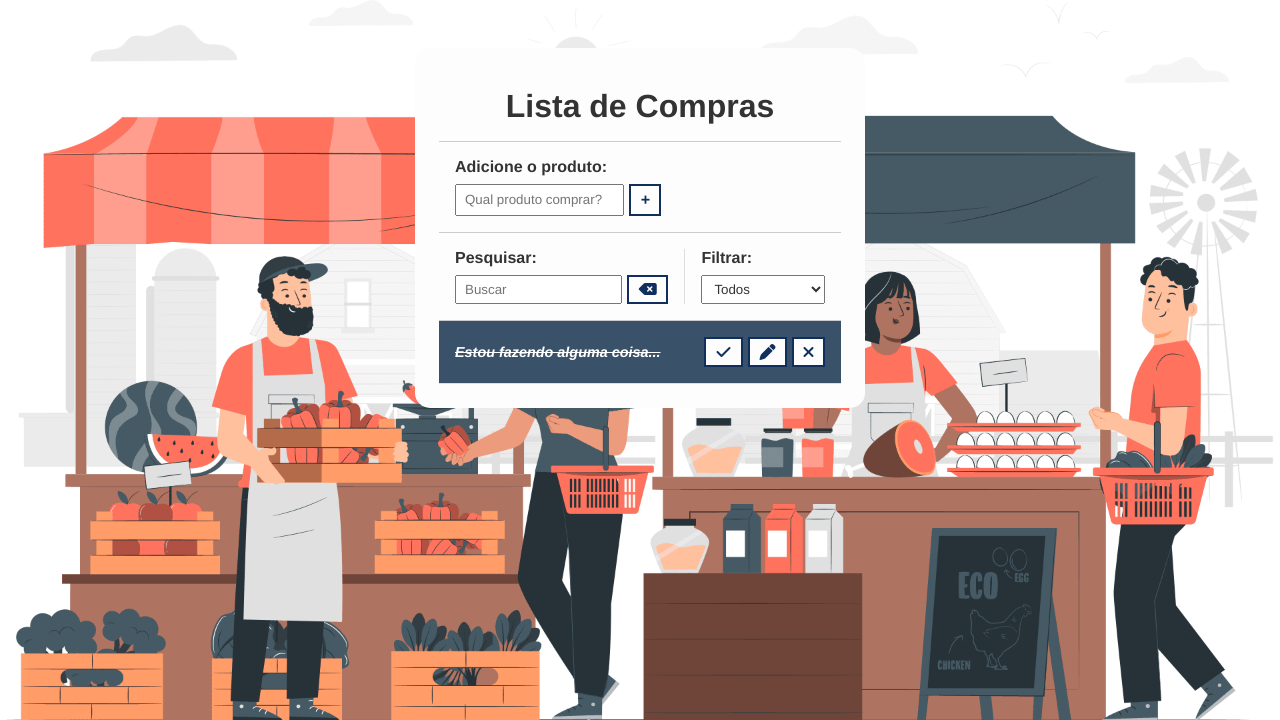
Repository: Dkrvalho/mercado
Page: index.html
These files come from the project's save history. The page is drawn as it stood at one moment and after a run of saves; the edit follows.
The browser window is 1280 px wide. The pictures show the whole page.

Above is the page before, as saved 2023-01-09 14:56:07.

### index.html
<!DOCTYPE html>
<html lang="en">
<head>
    <meta charset="UTF-8">
    <meta http-equiv="X-UA-Compatible" content="IE=edge">
    <meta name="viewport" content="width=device-width, initial-scale=1.0">
    <!-- CSS -->
    <link rel="stylesheet" href="css/style.css">
    <!-- Font Awesome -->
    <link rel="stylesheet" href="https://cdnjs.cloudflare.com/ajax/libs/font-awesome/6.2.1/css/all.min.css" integrity="sha512-MV7K8+y+gLIBoVD59lQIYicR65iaqukzvf/nwasF0nqhPay5w/9lJmVM2hMDcnK1OnMGCdVK+iQrJ7lzPJQd1w==" crossorigin="anonymous" referrerpolicy="no-referrer" />
    <!-- JS -->
    <script src="js/script.js" defer></script>
    <!-- defer faz com que o js seja carregado após o html -->
    <title>Lista de Compras</title>
</head>
<body>
    <main class="container">
        <header>
            <h1>Lista de Compras</h1>
        </header>
        <form id="todo-form">
            <p>Adicione o produto:</p>
            <div class="form-control">
                <input type="text" id="todo-input" placeholder="Qual produto comprar?">
                <button type="submit">
                    <i class="fa-thin fa-plus"></i>
                </button>
            </div>
        </form>
        <form id="edit-form" class="hide">
            <p>Edite o produto</p>
            <div id="form-control">
                <input type="text" id="edit-input">
                <button type="submit">
                    <i class="fa-solid fa-check-double"></i>
                </button>
            </div>
            <button id="cancel-edit-btn">Cancelar</button>
        </form>
        <div id="toolbar">
            <div id="search">
                <h4>Pesquisar:</h4>
                <form>
                    <input type="text" id="search-input" placeholder="Buscar">
                    <button id="erase-btn">
                        <i class="fa-solid fa-delete-left"></i>
                    </button>
                </form>
            </div>
            <div id="filter">
                <h4>Filtrar:</h4>
                <select id="filter-select">
                    <option value="all">Todos</option>
                    <option value="done">Comprados</option>
                    <option value="todo">A comprar</option>
                </select>
            </div>
        </div>
        <div id="todo-list">
            <div class="todo done">
                <h3>Estou fazendo alguma coisa...</h3>
                <button class="finish-todo">
                    <i class="fa-solid fa-check"></i>
                </button>
                <button class="edit-todo">
                    <i class="fa-solid fa-pen"></i>
                </button>
                <button class="remove-todo">
                    <i class="fa-solid fa-xmark"></i>
                </button>
            </div>
        </div>
    </main>
</body>
</html>

### css/style.css
/* Geral */
* {
    padding: 0;
    margin: 0;
    font-family: Helvetica, sans-serif, Arial;
    color: #333;
    box-sizing: border-box;
}

html {
    background: url(../img/fundo.png) no-repeat center center fixed;
    -webkit-background-size: cover;
    -moz-background-size: cover;
    -o-background-size: cover;
    background-size: cover;
  }

button {
    background-color: #fdfdfd;
    color: #102f5e;
    border: 2px solid #102f5e;
    padding: .3rem .6rem;
    font-size: 1rem;
    cursor: pointer;
    display: flex;
    justify-content: center;
    align-items: center;
    transition: .4s;
}

button:hover {
    background-color: #102f5e;
    color: #fdfdfd;
}

button:hover > i {
    color: #fdfdfd;
}

button i {
    color: #102f5e;
    font-weight: bold;
    pointer-events: none;
}

input, select {
    padding: .25rem .5rem;
}

.hide {
    display: none;
}

/* To Do Header */
.container {
    max-width: 450px;
    margin: 3rem auto;
    background-color: #fdfdfd;
    padding: 1.5rem;
    border-radius: 15px;
}

.container header {
    text-align: center;
    padding: 1rem 1rem;
    border-bottom: 1px solid #ccc;
}

/* Form */
#todo-form, #edit-form {
    padding: 1rem;
    border-bottom: 1px solid #ccc;
}

#todo-form p, #edit-form p {
    margin-bottom: .5rem;
    font-weight: bold;
}

.form-control {
    display: flex;
}

.form-control input {
    margin-right: .3rem;
}

#cancel-edit-btn {
    margin-top: 1rem;
}

/* To Do toolbar */
#toolbar {
    padding: 1rem;
    border-bottom: 1px solid #ccc;
    display: flex;
}

#toolbar h4 {
    margin-bottom: .5rem;
}

#search {
    border-right: 1px solid #ddd;
    padding-right: 1rem;
    margin-right: 1rem;
    width: 65%;
    display: flex;
    flex-direction: column;
}

#search form {
    display: flex;
}

#search input {
    width: 100%;
    margin-right: .3rem;
}

#filter {
    width: 35%;
    display: flex;
    flex-direction: column;
}

#filter select {
    flex: 1;
}

/* To Do List */

.todo {
    display: flex;
    justify-content: space-around;
    align-items: center;
    padding: 1rem;
    border-bottom: 1px solid #ddd;
    transition: .4s;
}

.todo h3 {
    flex: 1;
    font-size: .9rem;
}

.todo button {
    margin-left: .3rem;
}

.done {
    background-color: #395169;
}

.done h3 {
    color: #fff;
    text-decoration: line-through;
    font-style: italic;
}

Loaded but not shown: js/script.js (no copy from this time; the picture is the same without it)

After the next 2 saves:
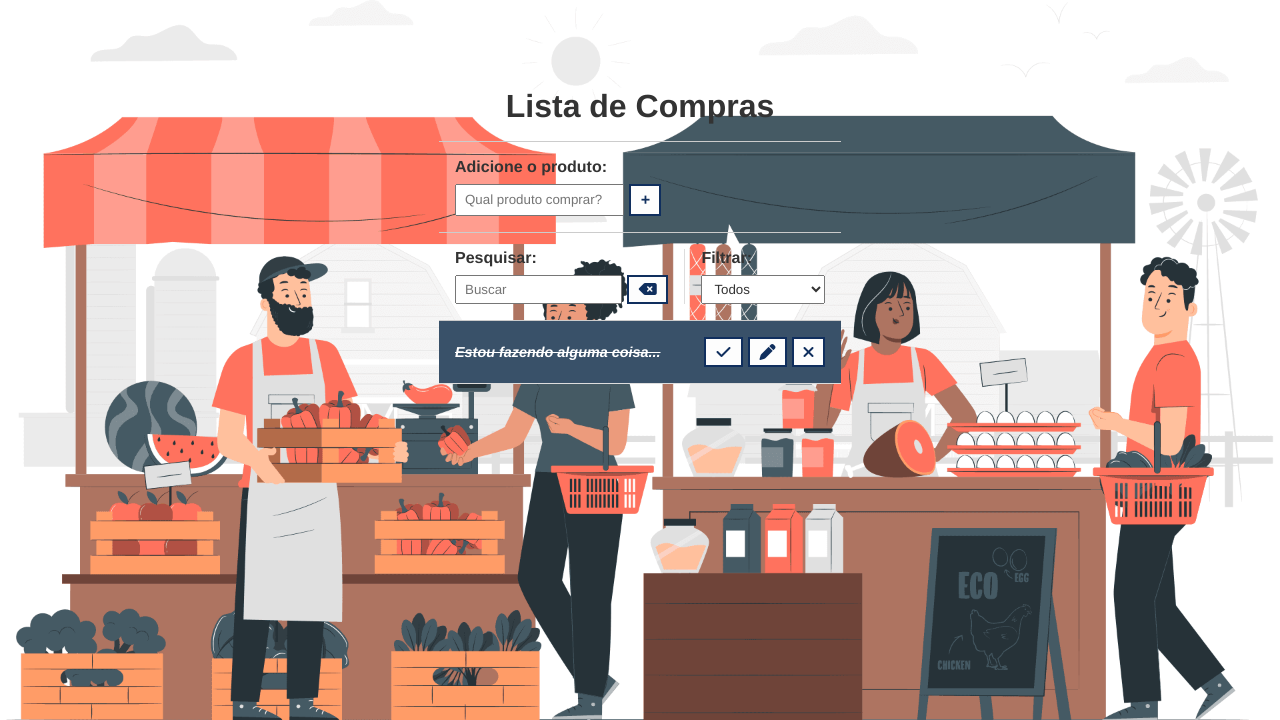
The 2 saves are shown as one change because they came seconds apart.
The last was saved 108 s later.
--- a/css/style.css
+++ b/css/style.css
@@ -55,7 +55,7 @@ input, select {
 .container {
     max-width: 450px;
     margin: 3rem auto;
-    background-color: #fdfdfd;
+    background-color: ;
     padding: 1.5rem;
     border-radius: 15px;
 }
